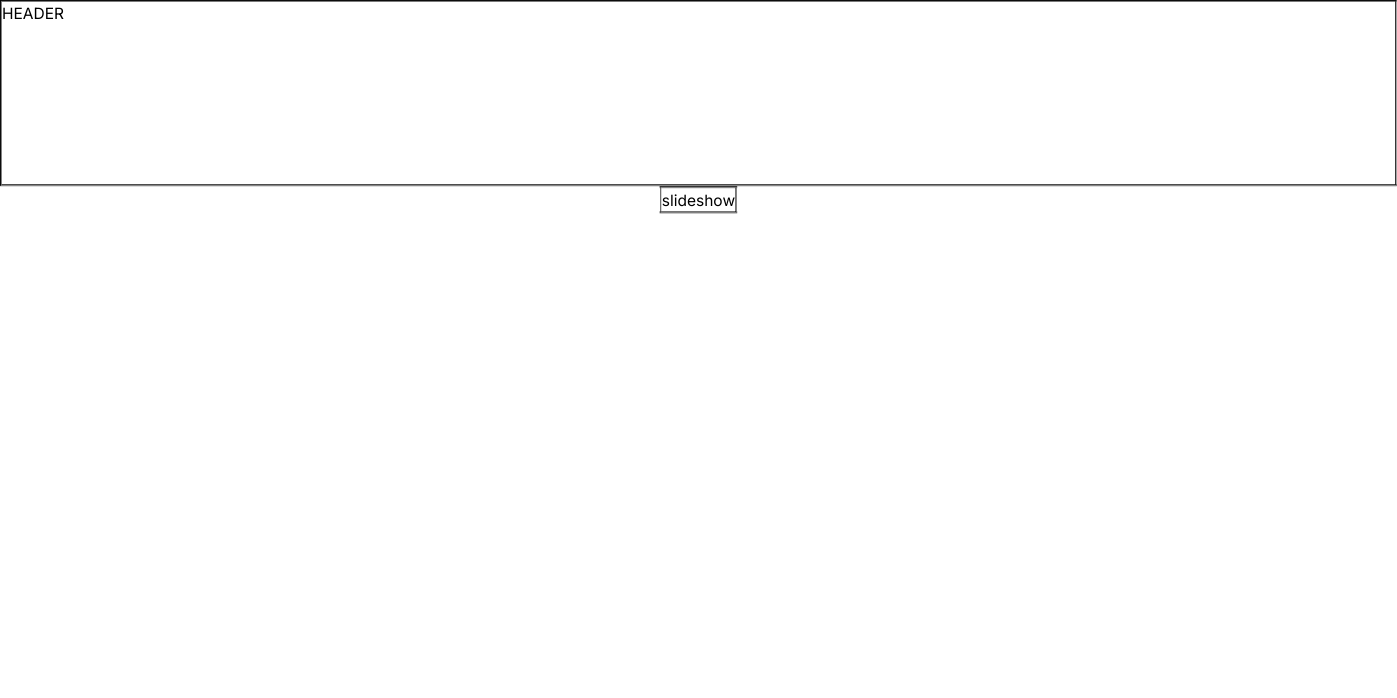
Repository: theophiloweb/landpage_disgital_store
Page: index.html
The author's editor kept a copy of each file at every save. The page is drawn from the files as they stood at one save, then again after the next save.
The browser window is 1280 px wide. The page is 1440 px wide, so the pictures cover 1440 px, including what lies to the right of the window. The pictures show the whole page, at 97% of full size.

Above is the page before, as saved 2025-04-23 08:49:25.

### index.html
<!DOCTYPE html>
<html lang="en">

<head>
    <meta charset="UTF-8">
    <meta name="viewport" content="width=device-width, initial-scale=1.0">
    <title>Document</title>
    <script src="https://cdn.jsdelivr.net/npm/@tailwindcss/browser@4"></script>
    <link rel="stylesheet" href="style.css">
    <link rel="shortcut icon" href="./images/logo.svg" type="image/x-icon">
</head>

<body>

    <!-- Container principal  -->
    <div class="container">

        <header>
            <p>HEADER</p>
        </header>
        <main>

            <aside>
                <section class="slideshow">
                    <p>slideshow</p>
                </section>
            </aside>


        </main </div> </body> </html>

### style.css
@import url('https://fonts.googleapis.com/css2?family=Inter:ital,opsz,wght@0,14..32,100..900;1,14..32,100..900&family=Oswald:wght@200..700&family=Roboto:ital,wght@0,100..900;1,100..900&display=swap');

:root{
    --color-dark: #1F1F1F;
    --dark-gray-1: #474747;
    --dark-gray-2: #666666;
    --light-gray-1:#8F8F8F;
    --light-gray-2: #CCCCCC;
    --light-gray-3: #F5F5F5;
    --white: #FFFFFF;
    --primary: #C92071;
    --secundary: #B5B6F2;
    --tTertiary: #991956;
    --error: #EE4266;
    --success: #52CA76;
    --warning: #F6AA1C;
    --primary-g: linear-gradient(top, #C92071 0%, #EDABCA 100%);
    --secondary-g: linear-gradient(top, #B5B6F2 0%, #EFEFFF 100%);
}

*{
    margin: 0;
    padding: 0;
    box-sizing: border-box;
    font-family: "Inter", sans-serif;
}

.container{
    display: grid;
    grid-template-rows: 1fr;
    place-items: center;
}

/* Header */
header{
    border: 2px groove var(--color-dark);
    width: 1440px;
    height: 192px;
}

.slideshow{
    border: 2px groove var(--color-dark);
}

After the next save:
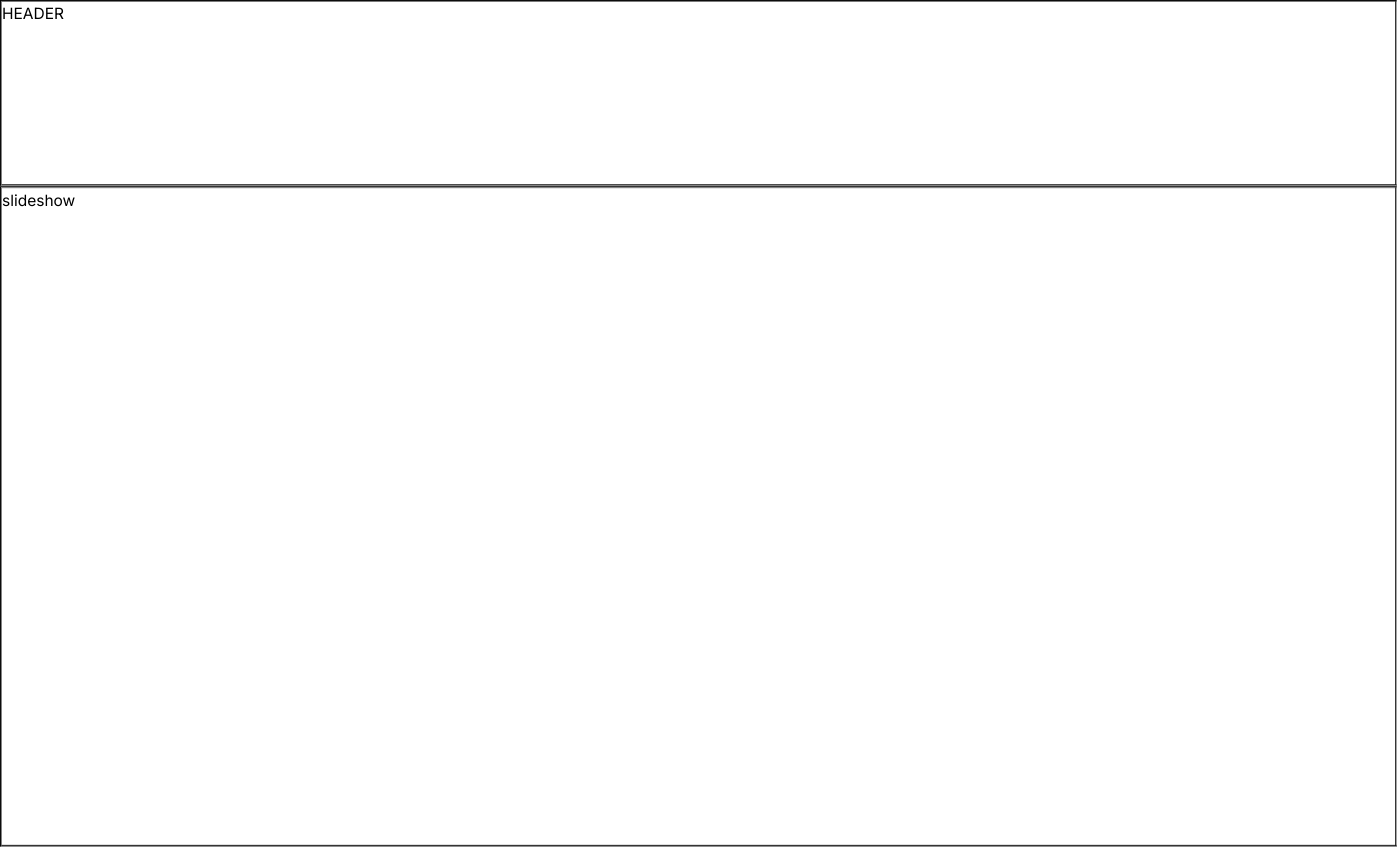
Saved 86 s later.
--- a/style.css
+++ b/style.css
@@ -40,4 +40,6 @@ header{
 
 .slideshow{
     border: 2px groove var(--color-dark);
+    width: 1440px;
+    height: 681px;
 }
